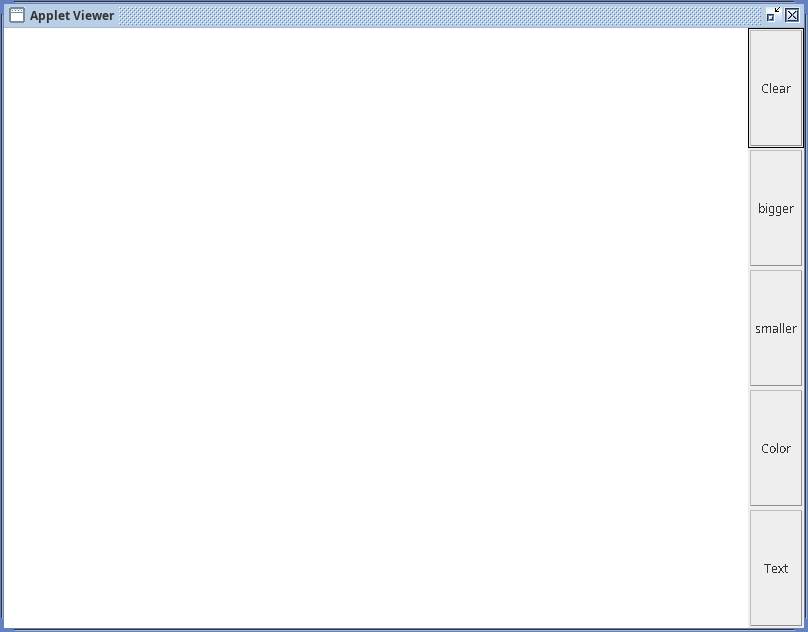
Repository: EnjoyWorkTrue/Spring2014
Program's window: java CMP342/Assignment2/project1/Drwing.java
The author's editor kept a copy of each file at every save. The program's window is drawn from the files as they stood at one save, then again after the next save.
It runs on Java 21 on a 1366 x 768 screen with the Metal look.

Above is the program's window before, as saved 2014-02-25 01:36:08.

After the next save:
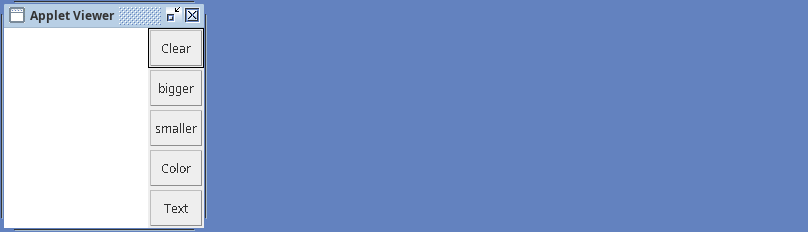
Saved 4 min 3 s later.
--- a/CMP342/Assignment2/project1/Drwing.java
+++ b/CMP342/Assignment2/project1/Drwing.java
@@ -9,7 +9,7 @@
 WhiteBoard wb = new WhiteBoard();
 
 public void init() {
-	setSize(800,600);
+
 
 
 
